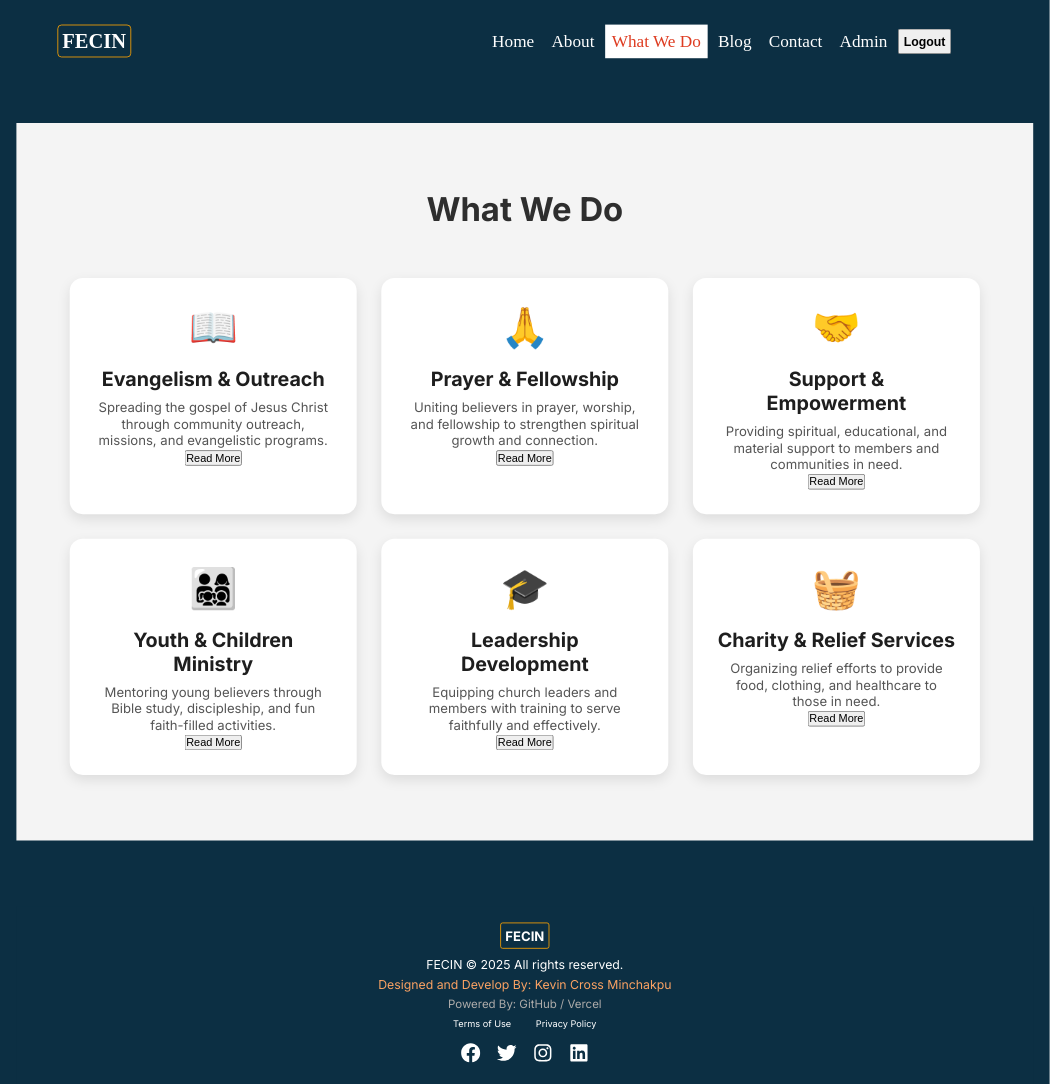
Repository: KCMinchakpu/fecin-projectgs497
Page: /whatwedo
The author's editor kept a copy of each file at every save. The page is drawn from the files as they stood at one save, then again after the next save.
The browser window is 1280 px wide. The pictures show the whole page, at 82% of full size.
The project was rebuilt for these pictures with package versions that can differ from the ones it lists, and the page was loaded fresh each time. The framework's server and built-in components were replaced by stand-ins that run in the browser. Also part of the build but not shown: next.config.mjs.

Above is the page before, as saved 2025-04-05 17:17:01.

### src/app/layout.js
import {Inter} from "next/font/google";
import "./globals.css";
import Navbar from "@/components/navbar/Navbar";
import Footer from "@/components/footer/Footer";

const inter = Inter({ subsets: ["latin"]});

export const metadata = {
  title: "FECIN Bible Translation Project",
  description: "This is the official FECIN Bible Translation Project",
};

export default function RootLayout({ children }) {
  return (
    <html lang="en">
      <body className={inter.className}>
        <div className="container">
        <Navbar />
        {children}
        <Footer />
        </div>
      </body>
    </html>
  );
}

### src/app/whatwedo/page.jsx
import React from 'react';
import styles from './WhatWeDoPage.module.css';

const services = [
  {
    title: 'Evangelism & Outreach',
    description:
      'Spreading the gospel of Jesus Christ through community outreach, missions, and evangelistic programs.',
    icon: '📖',
  },
  {
    title: 'Prayer & Fellowship',
    description:
      'Uniting believers in prayer, worship, and fellowship to strengthen spiritual growth and connection.',
    icon: '🙏',
  },
  {
    title: 'Support & Empowerment',
    description:
      'Providing spiritual, educational, and material support to members and communities in need.',
    icon: '🤝',
  },
  {
    title: 'Youth & Children Ministry',
    description:
      'Mentoring young believers through Bible study, discipleship, and fun faith-filled activities.',
    icon: '👨‍👩‍👧‍👦',
  },
  {
    title: 'Leadership Development',
    description:
      'Equipping church leaders and members with training to serve faithfully and effectively.',
    icon: '🎓',
  },
  {
    title: 'Charity & Relief Services',
    description:
      'Organizing relief efforts to provide food, clothing, and healthcare to those in need.',
    icon: '🧺',
  },
];

const WhatWeDoPage = () => {
  return (
    <section className={styles.section}>
      <div className={styles.container}>
        <h2 className={styles.heading}>What We Do</h2>
        <div className={styles.cardGrid}>
          {services.map((service, index) => (
            <div key={index} className={styles.card}>
              <div className={styles.icon}>{service.icon}</div>
              <h3 className={styles.title}>{service.title}</h3>
              <p className={styles.description}>{service.description}</p>
              <button className={styles.button}>Read More</button>
            </div>
          ))}
        </div>
      </div>
    </section>
  );
};

export default WhatWeDoPage;

### src/app/globals.css
:root {
    --bg: #0c2f43;
    --text: white;
    --bgSoft: #091f2c;
    --textSoft: rgb(237, 232, 232);
    --btn: #de3c21;
    --bgWhite: white;
    --textGray: #444444;
}

/* Box sizing rules */
* {
    box-sizing: border-box;
    margin:0;
    padding: 0;
  }

/* Set core body defaults */
body {
    background-color: var(--bgWhite);
    color: var(--text);
  }

a {
    color: inherit;
    text-decoration: none;
}

.container {
  background-color: var(--bg);
  width: 100%; /* Default for small screens */
  margin: auto;
  padding-left: 20px;
  padding-right: 20px;
  min-height: 120vh;
  display: flex;
  flex-direction: column;
  justify-content: space-between;
}

### src/components/navbar/Navbar.jsx
import React from 'react';
import Link from 'next/link';
import Links from "./links/Links";
import styles from "./navbar.module.css";

const Navbar = () => {
  return (
    <div className={styles.container}>
      <Link href="/" className={styles.logo}>FECIN</Link>
      <div>
        <Links />
      </div>
    </div>
  );
};

export default Navbar;

### src/components/footer/Footer.jsx
import React from 'react';
import styles from './footer.module.css';
import { FaFacebook, FaTwitter, FaInstagram, FaLinkedin } from 'react-icons/fa';

const Footer = () => {
  return (
    <div className={styles.container}>
      <div className={styles.logo}>
        {/* You can add a logo image here if needed */}
        <h2>FECIN</h2>
      </div>
      <div>
        <p className={styles.text}>FECIN © 2025 All rights reserved.</p>
        <p className={styles.author}>
          <a href="https://www.linkedin.com/in/kevin-cross-minchakpu-7897379a" target="_blank">Designed and Develop By: Kevin Cross Minchakpu</a>
          </p>
        <p className={styles.company}>
          <a href="https://octatesystems.github.io/OSNigeria/">Powered By: GitHub / Vercel</a>
          </p>
      </div>
      <div className={styles.links}>
        <a href="/terms" className={styles.link}>Terms of Use</a>
        <a href="/privacy" className={styles.link}>Privacy Policy</a>
      </div>
      <div className={styles.socialIcons}>
        <a href="https://facebook.com" target="_blank" rel="noopener noreferrer" className={styles.icon}>
          <FaFacebook />
        </a>
        <a href="https://twitter.com" target="_blank" rel="noopener noreferrer" className={styles.icon}>
          <FaTwitter />
        </a>
        <a href="https://instagram.com" target="_blank" rel="noopener noreferrer" className={styles.icon}>
          <FaInstagram />
        </a>
        <a href="https://linkedin.com" target="_blank" rel="noopener noreferrer" className={styles.icon}>
          <FaLinkedin />
        </a>
      </div>
    </div>
  );
};

export default Footer;

### src/app/whatwedo/WhatWeDoPage.module.css
.section {
    background-color: #f4f4f4;
    padding: 80px 20px;
    min-height: 100vh;
    margin-top: 50px;
    margin-bottom: 80px;
  }

  .container {
    max-width: 1200px;
    margin: 0 auto;
  }

  .heading {
    text-align: center;
    font-size: 2.5rem;
    margin-bottom: 60px;
    color: #2e2e2e;
  }

  .cardGrid {
    display: flex;
    gap: 30px;
    flex-wrap: wrap;
    justify-content: center;
  }

  .card {
    background: white;
    border-radius: 16px;
    padding: 30px;
    flex: 1 1 300px;
    max-width: 350px;
    box-shadow: 0 6px 16px rgba(0, 0, 0, 0.1);
    text-align: center;
    transition: transform 0.3s ease, box-shadow 0.3s ease;
  }

  .card:hover {
    transform: translateY(-5px);
    box-shadow: 0 10px 20px rgba(0, 0, 0, 0.15);
  }

  .icon {
    font-size: 3rem;
    margin-bottom: 20px;
  }

  .title {
    font-size: 1.5rem;
    margin-bottom: 10px;
    color: #1e1e1e;
  }

  .description {
    color: #555;
    font-size: 1rem;
  }

### src/components/navbar/links/Links.jsx
"use client"

import React from "react";
import {useState} from  "react";
import Image from 'next/image';
import NavLink from "../navLink/NavLink";
import styles from "./links.module.css";


const links = [
  { title: "Home", path: "/" },
  { title: "About", path: "/about" },
  { title: "What We Do", path: "/whatwedo" },
  { title: "Blog", path: "/blog" },
  { title: "Contact", path: "/contact" },
];

const Links = () => {
  const [open,setOpen] = useState(false)

  //Temporary
  const session = true
  const isAdmin = true

  return (
    <div className={styles.container}>
    <div className={styles.links}>
      {links.map((link) => (
        <NavLink item={link} key={link.title} />
      ))}
      {session ? (
          <>
          {isAdmin && <NavLink item={{title: "Admin", path: "/admin"}} />}
         <button className={styles.logout}>Logout</button>
         </>
        ) : (
          <NavLink item={{title: "Login", path: "/login"}} />
        )
      }
      </div>
      <Image
      className={styles.menuButton}
      src="/menu.png"
      alt="Hamburger menu"
      width={30}
      height={30} onClick={() => setOpen((prev) => !prev)}
      />

      {open && ( <div className={styles.mobileLinks}>
          {links.map((link) => (
        <NavLink item={link} key={link.title} />
      ))}
    </div>
)}
</div>
  );
};

export default Links;

### src/components/navbar/navbar.module.css
.container {
    height: 100px;
    display: flex;
    align-items: center;
    justify-content: space-between;
}

.logo {
    font-size: 25px;
    font-weight: bold;
    font-family: "Play", serif;
    font-weight: 700;
    font-style: normal;
    border: 1.5px solid orange;
    padding: 5px;
    border-radius: 5px;
    margin-left: 50px;
}

### src/components/footer/footer.module.css
/* Footer Container */
.container {
    background-color: var(--bg);
    color: white;
    display: flex;
    flex-direction: column;
    align-items: center;
    justify-content: space-between;
    padding: 20px;
    text-align: center;
  }

  .logo h2 {
    font-size: 1rem;
    margin-bottom: 10px;
    border: 1px solid orange;
    padding: 5px;
    border-radius: 3px;
  }

  .text {
    margin-bottom: 5px;
    font-size: 15px;

  }
  .author {
    margin-bottom: 5px;
    font-size: 15px;
    color: rgb(250, 162, 99);
  }

  .company {
    margin-bottom: 5px;
    font-size: 14px;
    color: rgb(174, 172, 170);
  }

  .author:hover {
    text-decoration: underline;
  }

  .company:hover {
    text-decoration: underline;
  }

  .links {
    margin-bottom: 15px;
  }

  .link {
    color: white;
    margin: 0 15px;
    text-decoration: none;
    font-size: 0.7rem;
  }

  .link:hover {
    text-decoration: underline;
  }

  .socialIcons {
    display: flex;
    justify-content: center;
    gap: 20px;
  }

  .icon {
    font-size: 1.5rem;
    color: white;
    transition: color 0.3s ease;
  }

  .icon:hover {
    color: #0070f3;
  }


  @media (min-width: 768px) {
    .container {
      flex-direction: column;
      align-items: center;
      justify-content: space-around;
    }
  }

### src/components/navbar/navLink/navLink.jsx
"use client";

import React from "react";
import Link from "next/link";
import { usePathname } from "next/navigation";
import styles from "./navLink.module.css";

const NavLink = ({ item }) => {
  const pathName = usePathname();
  return (
    <Link
      href={item.path}
      className={`${styles.container} ${
        pathName === item.path ? styles.active : ""
      }`}
    >
      {item.title}
    </Link>
  );
};

export default NavLink;

### src/components/navbar/links/links.module.css
.links {
    display: flex;
    align-items: center;
    gap: 5px;
    font-family: "Play", serif;
    font-style: normal;
    margin-right: 100px;
    font-size: 21px;
}

.logout {
    padding: 5px;
    cursor: pointer;
    font-weight: bold;
    font-size: 15px;
}

.menuButton,
.mobileLinks {
   display: none;
  }

  @media (max-width: 480px){
    .links {
        display: none;
    }

    .menuButton {
        display: block;
        cursor: pointer;
      }

    .mobileLinks {
        position: absolute;
        top: 100px;
        right: 0;
        width: 50%;
        height: calc(100vh-100px);
        /*background-color: var(--bg);*/
       background-color: brown;
        display: flex;
        flex-direction: column;
        align-items: center;
        justify-content: center;
        gap: 10px;
      }
  }

### src/components/navbar/navLink/navLink.module.css
.container {
    padding: 8px;
    text-align: center;


}

.active {
    background-color: var(--text);
    color: var(--btn);
}

After the next save:
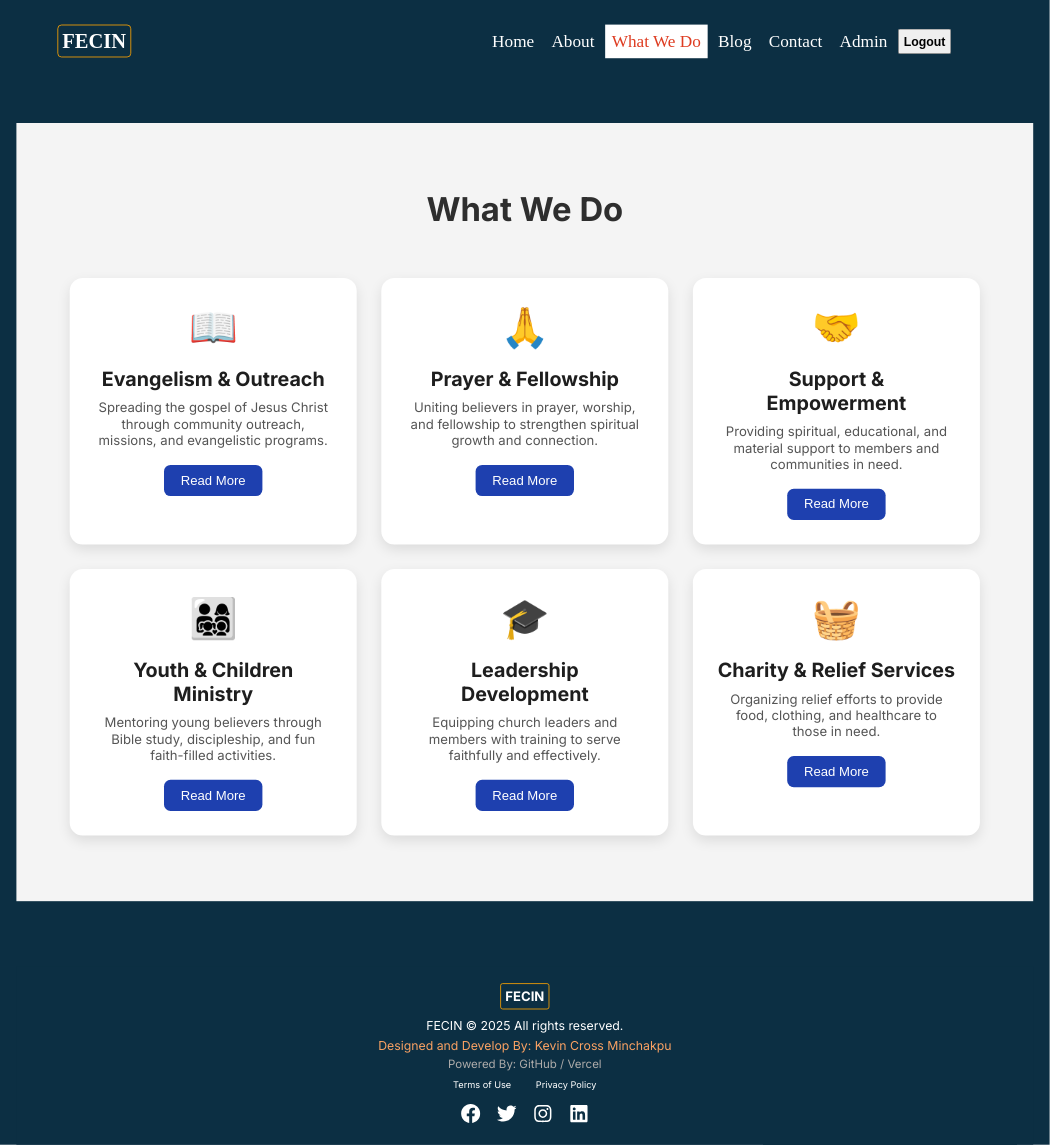
Saved 28 s later.
--- a/src/app/whatwedo/WhatWeDoPage.module.css
+++ b/src/app/whatwedo/WhatWeDoPage.module.css
@@ -56,3 +56,19 @@
     color: #555;
     font-size: 1rem;
   }
+
+  .button {
+    margin-top: 20px;
+    padding: 10px 20px;
+    background-color: #1e40af; /* Dark blue */
+    color: white;
+    border: none;
+    border-radius: 8px;
+    font-size: 1rem;
+    cursor: pointer;
+    transition: background-color 0.3s ease;
+  }
+
+  .button:hover {
+    background-color: #3b82f6; /* Lighter blue on hover */
+  }
